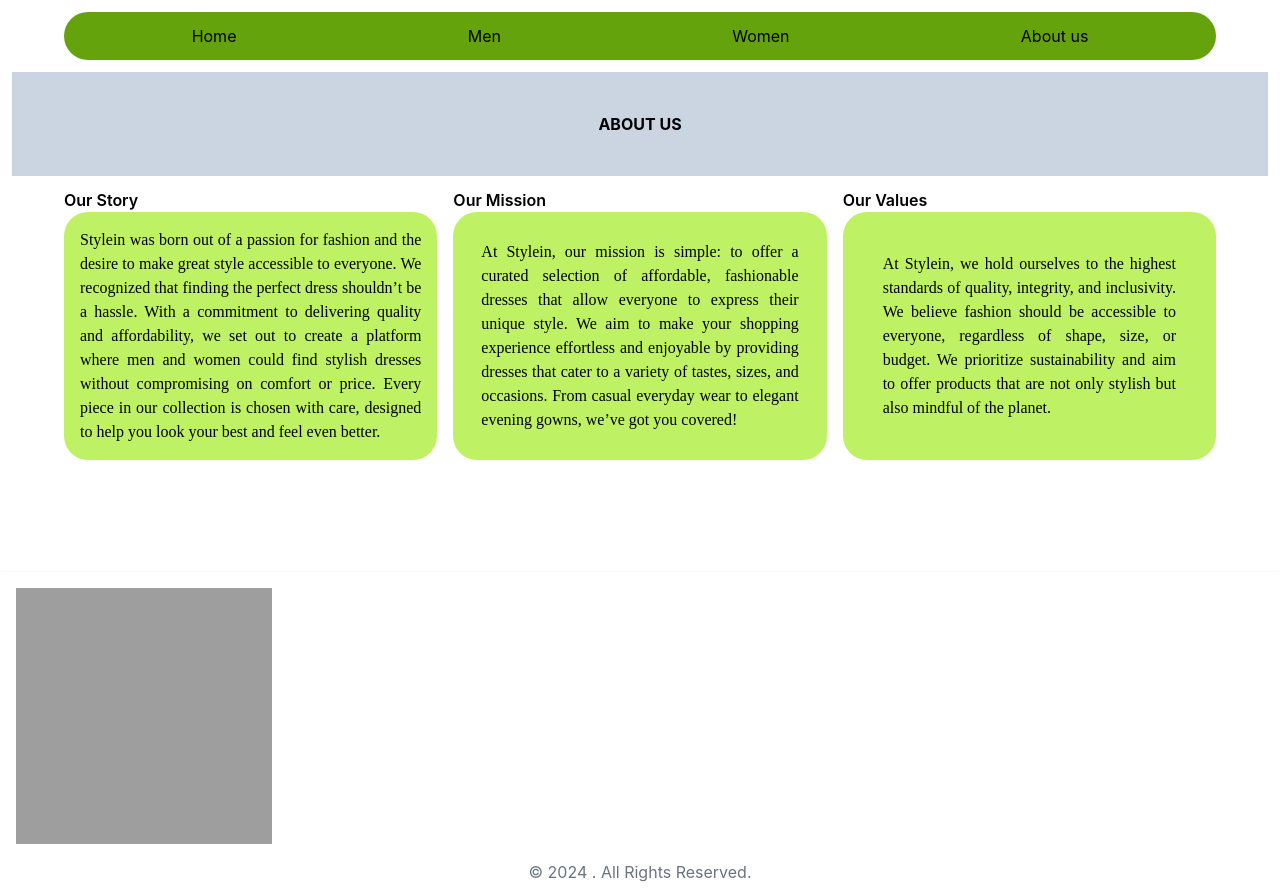
Repository: Mohankkanth/StyleIn_ShoppingSite
Page: /AboutUs
An editor plug-in stored every save of this project. The page is shown before and after the next save, followed by the edit.
The browser window is 1280 px wide. The pictures show the whole page.
Pictures or frames that could not be fetched are drawn as grey boxes. The project was rebuilt for these pictures with package versions that can differ from the ones it lists, and the page was loaded fresh each time. Also part of the build but not shown: vite.config.js, src/component/Home/Home.jsx, src/component/api/MenProducts.jsx, src/component/Men/Men.jsx, src/component/Women/Women.jsx, src/component/api/KidsProducts.jsx, src/component/Kids/Kids.jsx, src/component/Errorpage/Errorpage.jsx and 18 more.

Above is the page before, as saved 2024-11-23 14:03:37.

### index.html
<!doctype html>
<html lang="en">

<head>
  <meta charset="UTF-8" />
  <meta name="viewport" content="width=device-width, initial-scale=1.0" />


  <link href="https://fonts.googleapis.com/css2?family=Montserrat:wght@400;700&display=swap" rel="stylesheet" />

  <title>Vite + React</title>



</head>

<body>
  <div id="root"></div>
  <script type="module" src="/src/index.jsx"></script>
</body>

</html>

### src/index.jsx
import ReactDOM from "react-dom";
import { createBrowserRouter, RouterProvider, Outlet } from "react-router-dom";
import Home from "./component/Home/Home";
import Men from "./component/Men/Men";
// import MenProducts from "./component/api/MenProducts";
import Women from "./component/Women/Women";
import Kids from "./component/Kids/Kids";
import Header from "./component/Header/Header";
import Footer from "./component/Footer/Footer";
import "./style.css";
import Errorpage from "./component/ErrorPage/Errorpage";
import Shirt from "./component/Men/Shirt";
import T_Shirt from "./component/Men/T_Shirt";
import Pant from "./component/Men/pant";
import Shorts from "./component/Men/Shorts";
import Boys from "./component/Kids/Boys/Boys";
import Girls from "./component/Kids/Girls/Girls";
import Kurtas from "./component/Women/kurtas";
import Sarees from "./component/Women/Saree";
import Leggin from "./component/Women/Leggin";
import Dupattas from "./component/Women/Dupattas";
import AboutUs from "./component/AboutUs/Aboutus";

const AppLayout = () => {
  return (
    <>
      <Header />
      <Outlet />
      <Footer />
    </>
  );
};

// Router Configuration
const Router = createBrowserRouter([
  {
    path: "/",
    element: <AppLayout />,
    children: [
      {
        path: "/",
        element: <Home />,
      },
      {
        path: "/Home",
        element: <Home />,
      },

      {
        path: "/Men",
        element: <Men />,
      },
      {
        path: "/Women",
        element: <Women/>,
      },
      {
        path: "/Kids",
        element: <Kids />,
      },
      {
        path:"/Shirt",
        element:<Shirt/>,
      },
      {
        path:"/T-Shirt",
        element:<T_Shirt/>,
      },
      {
        path:"/Pant",
        element:<Pant/>,
      },
      {
        path:"/Shorts",
        element:<Shorts/>,
      },
      {
        path:"/KidsBoys",
        element:<Boys/>,
      },
      {
        path:"/KidsGirls",
        element:<Girls/>,
      },

      {
        path:"/Kurtas",
        element:<Kurtas/>,
      },
      {
        path:"/Sarees",
        element:<Sarees/>,
      },
      {
        path:"/Leggins",
        element:<Leggin/>
      },
      {
        path:"/Dupattas",
        element:<Dupattas/>
      },
      {
        path:"/AboutUs",
        element:<AboutUs/>
      }
    ],
    errorElement:<Errorpage/>
  },
]);

// Render the Router
const root = ReactDOM.createRoot(document.getElementById("root"));
root.render(<RouterProvider router={Router} />);

### src/component/Header/Header.jsx
import { Link } from "react-router-dom"

const Header = () => {
  return (
    <>

      <div className="2xl:container mx-auto">
        <div className="w-[90%] mx-auto grid-cols-1">
          <div>
            <ul className="flex justify-around p-3 rounded-3xl bg-lime-600 font-mono mt-3">
              <Link to="/Home">
                <li className="hover:cursor-pointer  hover:text-white">Home</li>
              </Link>
              <Link to="/Men">
                <li className="hover:cursor-pointer  hover:text-white">Men
                </li>

              </Link>
              <Link to="/Women">
                <li className="hover:cursor-pointer  hover:text-white">Women</li>
              </Link>
              {/* <Link to="/Kids">
                <li className="hover:cursor-pointer  hover:text-white">Kids</li>
              </Link> */}
              <Link to="/Aboutus">
              <li className="hover:cursor-pointer  hover:text-white">About us</li>
              </Link>
            </ul>
          </div>
        </div>
      </div>
    </>
  )
}


export default Header

### src/component/Footer/Footer.jsx
import { Link } from "react-router-dom"

const Footer = () => {
  return (
    <>
      <footer className="bg-white  shadow  dark:bg-[#333333] mt-28">
        <div className="w-full mx-auto max-w-screen-xl p-4 md:flex md:items-center md:justify-between">
          <div>
          <img src="https://ik.imagekit.io/Sample/E-Commerce/Logo/StyleIn_Logo-removebg-preview.png?updatedAt=1732345349547" alt="" className="h-64 w-64" />

          </div>

          <div className="text-white">
            <p className="font-bold font-[Raleway]">Address</p>
            <p>
              <p className="font-[Raleway]">Stylein Fashion Store </p>
              123 Fashion Street,<br />
              T. Nagar, Chennai,<br /> Tamil Nadu 600017,
              India</p>
          </div>
          <div className="text-white">
            <p className="font-bold font-[Raleway]">Contact</p>
            <p></p>
            <p className="hover:cursor-pointer">Mobile:&nbsp;9523148795</p>
            <p className="hover:cursor-pointer">Email:&nbsp;support@stylein.com</p>
          </div>

          <div className="text-white">
            <p className="font-bold font-[Raleway]">Customer Service Hours</p>
            <p>
              Monday to Friday: 9:00 AM - 6:00 PM <br />
              Saturday: 10:00 AM - 4:00 PM <br />
              Sunday: Closed</p>
          </div>



        </div>
        <div className="flex justify-center pb-3">
        <span className="text-base  text-gray-500 sm:text-center dark:text-gray-400">
            © 2024{" "}
            {/* <a href="https://flowbite.com/" className="hover:underline">
              Flowbite™ </a> */}
            . All Rights Reserved.
          </span>
          </div>
      </footer>

    </>
  )
}


export default Footer

### src/style.css
@tailwind base;
@tailwind components;
@tailwind utilities;



/*Hero section image starting */

.flip-in-hor-bottom {
	-webkit-animation: flip-in-hor-bottom 0.5s cubic-bezier(0.250, 0.460, 0.450, 0.940) both;
	        animation: flip-in-hor-bottom 2s cubic-bezier(0.250, 0.460, 0.450, 0.940) both;
}


/* ----------------------------------------------
 * Generated by Animista on 2024-11-2 22:17:44
 * Licensed under FreeBSD License.
 * See http://animista.net/license for more info.
 * w: http://animista.net, t: @cssanimista
 * ---------------------------------------------- */

/**
 * ----------------------------------------
 * animation flip-in-hor-bottom
 * ----------------------------------------
 */
 @-webkit-keyframes flip-in-hor-bottom {
    0% {
      -webkit-transform: rotateX(80deg);
              transform: rotateX(80deg);
      opacity: 0;
    }
    100% {
      -webkit-transform: rotateX(0);
              transform: rotateX(0);
      opacity: 1;
    }
  }
  @keyframes flip-in-hor-bottom {
    0% {
      -webkit-transform: rotateX(80deg);
              transform: rotateX(80deg);
      opacity: 0;
    }
    100% {
      -webkit-transform: rotateX(0);
              transform: rotateX(0);
      opacity: 1;
    }
  }

  /*Hero section image ending */




  .shake-horizontal {
	-webkit-animation: shake-horizontal 0.5s cubic-bezier(0.455, 0.030, 0.515, 0.955) both;
	        animation: shake-horizontal 30s cubic-bezier(0.455, 0.030, 0.515, 0.955) both;
}


/* ----------------------------------------------
 * Generated by Animista on 2024-11-2 22:48:21
 * Licensed under FreeBSD License.
 * See http://animista.net/license for more info.
 * w: http://animista.net, t: @cssanimista
 * ---------------------------------------------- */

/**
 * ----------------------------------------
 * animation shake-horizontal
 * ----------------------------------------
 */
 @-webkit-keyframes shake-horizontal {
    0%,
    100% {
      -webkit-transform: translateX(0);
              transform: translateX(0);
    }
    10%,
    30%,
    50%,
    70% {
      -webkit-transform: translateX(-10px);
              transform: translateX(-10px);
    }
    20%,
    40%,
    60% {
      -webkit-transform: translateX(10px);
              transform: translateX(10px);
    }
    80% {
      -webkit-transform: translateX(8px);
              transform: translateX(8px);
    }
    90% {
      -webkit-transform: translateX(-8px);
              transform: translateX(-8px);
    }
  }
  @keyframes shake-horizontal {
    0%,
    100% {
      -webkit-transform: translateX(0);
              transform: translateX(0);
    }
    10%,
    30%,
    50%,
    70% {
      -webkit-transform: translateX(-10px);
              transform: translateX(-10px);
    }
    20%,
    40%,
    60% {
      -webkit-transform: translateX(10px);
              transform: translateX(10px);
    }
    80% {
      -webkit-transform: translateX(8px);
              transform: translateX(8px);
    }
    90% {
      -webkit-transform: translateX(-8px);
              transform: translateX(-8px);
    }
  }

### src/component/AboutUs/Aboutus.jsx

import React from 'react';

const AboutUs = () => {
    return (
        <>
            <div className='2xl:container mx-auto'>
                <p className="font-bold bg-slate-300 text-center p-10 m-3">ABOUT US</p>

                <div className=" w-[90%]  mx-auto grid grid-cols-1 md:grid-cols-3 gap-4 ">

                    <div>
                        <p className='font-semibold text-justify '>Our Story</p>
                        <p className='bg-lime-300 p-4 rounded-3xl text-justify font-[Raleway]'>
                            Stylein was born out of a passion for fashion and the desire to make great style accessible to everyone. We recognized that finding the perfect dress shouldn’t be a hassle. With a commitment to delivering quality and affordability, we set out to create a platform where men and women could find stylish dresses without compromising on comfort or price. Every piece in our collection is chosen with care, designed to help you look your best and feel even better.</p>
                    </div>
                    <div>
                        <p className='font-semibold text-justify '>Our Mission</p>
                        <p className='bg-lime-300  rounded-3xl font-[Raleway] p-7 text-justify'>At Stylein, our mission is simple: to offer a curated selection of affordable, fashionable dresses that allow everyone to express their unique style. We aim to make your shopping experience effortless and enjoyable by providing dresses that cater to a variety of tastes, sizes, and occasions. From casual everyday wear to elegant evening gowns, we’ve got you covered!</p>
                    </div>

                    <div>
                        <p className='font-semibold text-justify'>Our Values</p>
                        <p className='bg-lime-300  rounded-3xl font-[Raleway] text-justify p-10'>
                            At Stylein, we hold ourselves to the highest standards of quality, integrity, and inclusivity. We believe fashion should be accessible to everyone, regardless of shape, size, or budget. We prioritize sustainability and aim to offer products that are not only stylish but also mindful of the planet.</p>
                    </div>


                </div>
            </div>

        </>
    )
}
export default AboutUs

### tailwind.config.js
/** @type {import('tailwindcss').Config} */
export default {
  content: [
    "./index.html",
    "./src/**/*.{js,ts,jsx,tsx}",
  ],
  theme: {
    extend: {
      colors: {
        primary: {"50":"#eff6ff","100":"#dbeafe","200":"#bfdbfe","300":"#93c5fd","400":"#60a5fa","500":"#3b82f6","600":"#2563eb","700":"#1d4ed8","800":"#1e40af","900":"#1e3a8a","950":"#172554"}
      }
    },
    fontFamily: {
      'body': [
    'Inter',
    'ui-sans-serif',
    'system-ui',
    '-apple-system',
    'system-ui',
    'Segoe UI',
    'Roboto',
    'Helvetica Neue',
    'Arial',
    'Noto Sans',
    'sans-serif',
    'Apple Color Emoji',
    'Segoe UI Emoji',
    'Segoe UI Symbol',
    'Noto Color Emoji'
  ],
      'sans': [
    'Inter',
    'ui-sans-serif',
    'system-ui',
    '-apple-system',
    'system-ui',
    'Segoe UI',
    'Roboto',
    'Helvetica Neue',
    'Arial',
    'Noto Sans',
    'sans-serif',
    'Apple Color Emoji',
    'Segoe UI Emoji',
    'Segoe UI Symbol',
    'Noto Color Emoji'
  ]
    }
  },
  plugins: [],
}

After the next save:
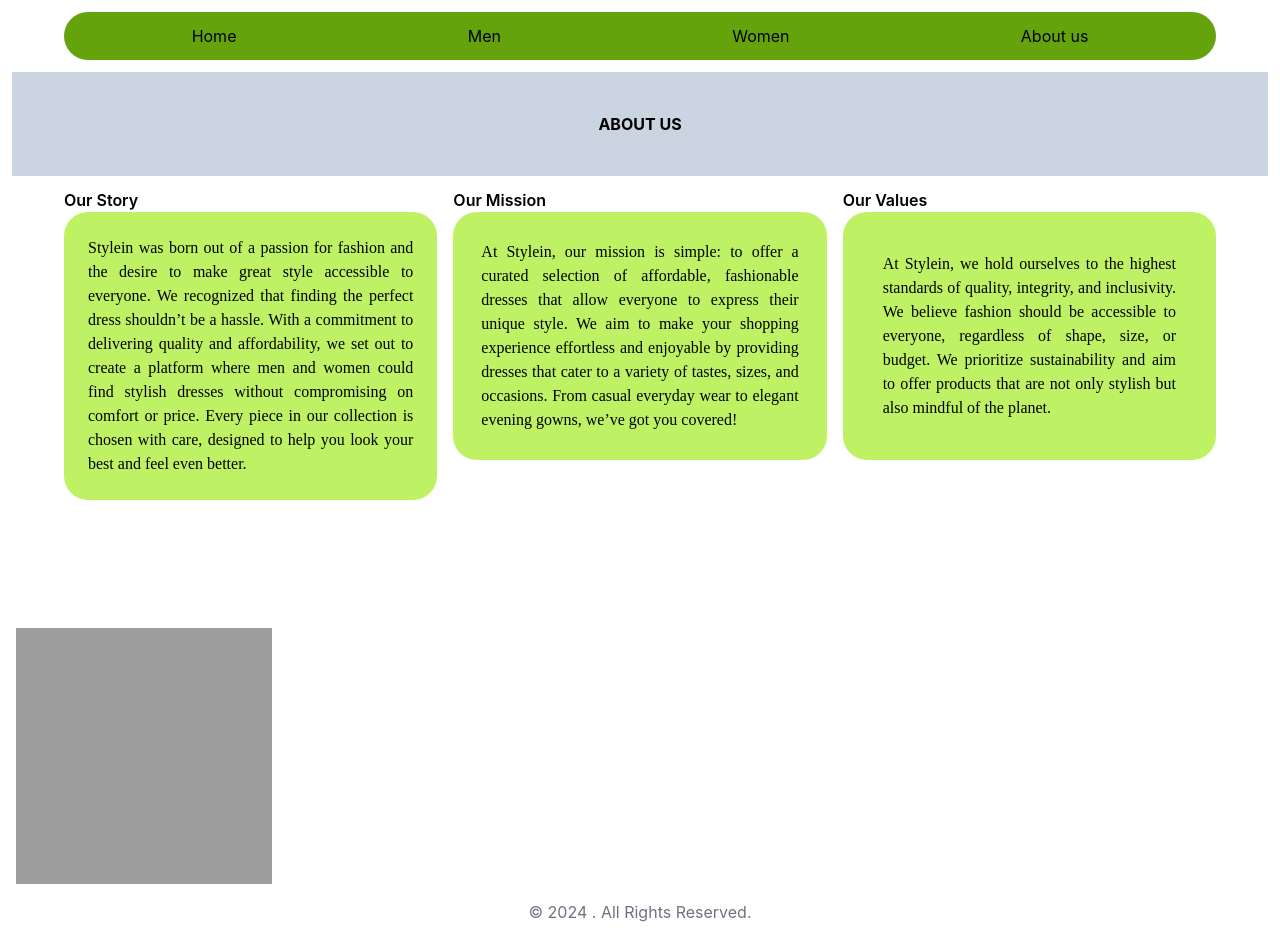
Saved 12 s later.
--- a/src/component/AboutUs/Aboutus.jsx
+++ b/src/component/AboutUs/Aboutus.jsx
@@ -11,7 +11,7 @@
 
                     <div>
                         <p className='font-semibold text-justify '>Our Story</p>
-                        <p className='bg-lime-300 p-4 rounded-3xl text-justify font-[Raleway]'>
+                        <p className='bg-lime-300 p-6 rounded-3xl text-justify font-[Raleway]'>
                             Stylein was born out of a passion for fashion and the desire to make great style accessible to everyone. We recognized that finding the perfect dress shouldn’t be a hassle. With a commitment to delivering quality and affordability, we set out to create a platform where men and women could find stylish dresses without compromising on comfort or price. Every piece in our collection is chosen with care, designed to help you look your best and feel even better.</p>
                     </div>
                     <div>
